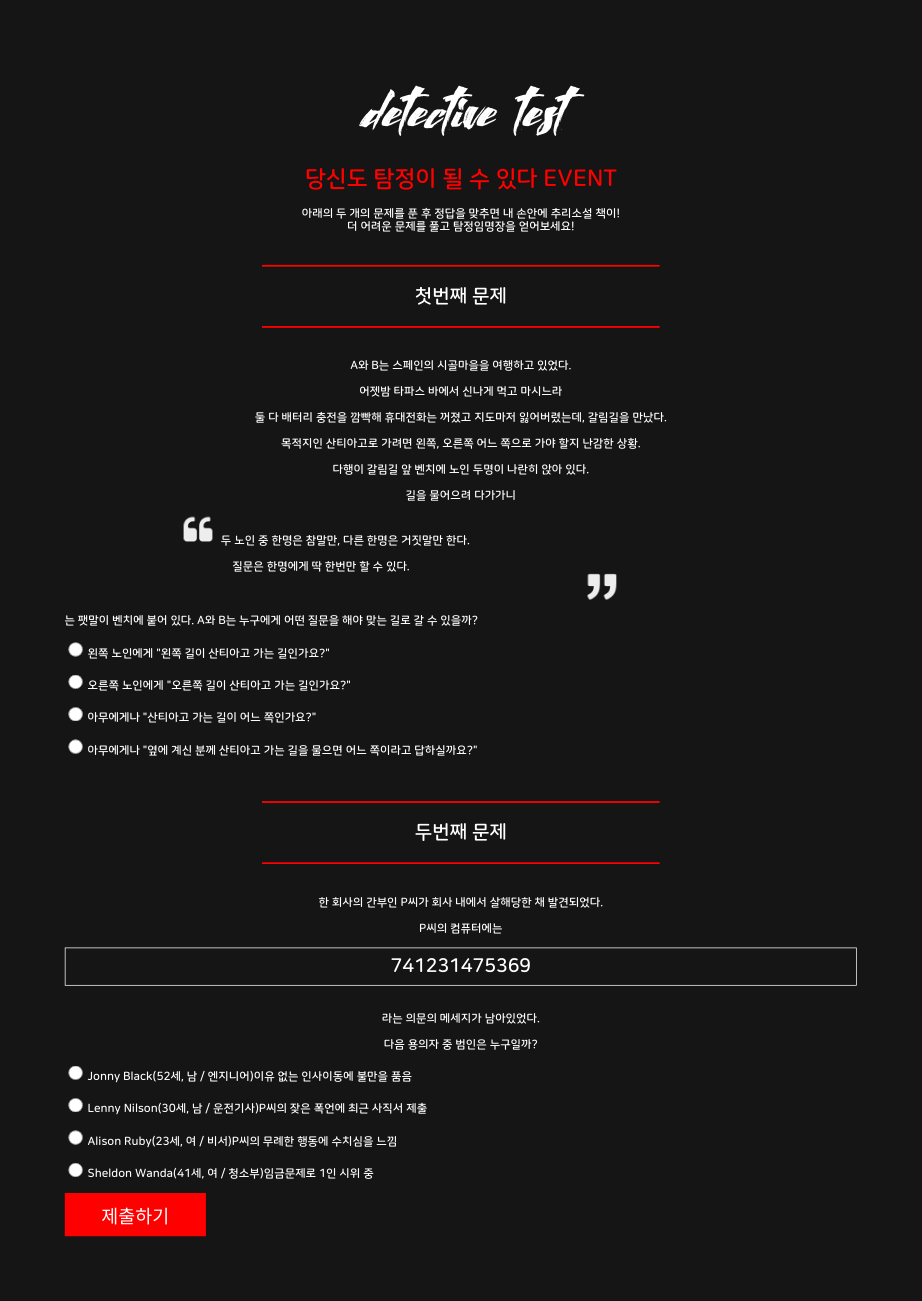
Repository: minkyung0421/Event_Project
Page: http://localhost/Event/quiz.jsp
The author's editor kept a copy of each file at every save. The page is drawn from the files as they stood at one save, then again after the next save.
The browser window is 1280 px wide. The pictures show the whole page, at 72% of full size.
The page is served by Tomcat 9.

Above is the page before, as saved 2018-09-04 07:42:43.

### Event_Project/Event/WebContent/quiz.jsp
<%@ page language="java" contentType="text/html; charset=UTF-8"
    pageEncoding="UTF-8"%>
<!DOCTYPE html PUBLIC "-//W3C//DTD HTML 4.01 Transitional//EN" "http://www.w3.org/TR/html4/loose.dtd">
<html>
<head>
<meta http-equiv="Content-Type" content="text/html; charset=UTF-8">
<title>EVENT</title>
<style>
@font-face{
	font-family: 'Calligraphy Personal Use'; src:url('font/Calligraphy Personal Use.ttf');
}
@font-face{font-family:'NANUMSQUAREROUNDL'; src:url('font/NANUMSQUAREROUNDL.TTF')}
@font-face{font-family:'NANUMSQUAREROUNDB'; src:url('font/NANUMSQUAREROUNDB.TTF')}

body{
	margin:7%;
	padding:0px;
	font-family:'NANUMSQUAREROUNDB';
	background-color: #151515;
	color: white;
}

button{
  background:red;
  color:#fff;
  border:none;
  position:relative;
  height:60px;
  font-size:1.6em;
  padding:0 2em;
  cursor:pointer;
  transition:800ms ease all;
  outline:none;
}
button:hover{
  background:#151515;
  color:white;
}
button:before,button:after{
  content:'';
  position:absolute;
  top:0;
  right:0;
  height:2px;
  width:0;
  background: red;
  transition:400ms ease all;
}
button:after{
  right:inherit;
  top:inherit;
  left:0;
  bottom:0;
}
button:hover:before,button:hover:after{
  width:100%;
  transition:800ms ease all;
}

</style>
</head>
<style>
</style>
<body>
<form action = "quiz_result.jsp" method="post">
<center><div style = "font-family: Calligraphy Personal Use; font-size: 90pt; margin-top:5%">detective test</div></center>

<center><h1 style = "color:red">당신도 탐정이 될 수 있다 EVENT</h1>
<div style = "color: white;">아래의 두 개의 문제를 푼 후 정답을 맞추면 내 손안에 추리소설 책이! <br>
더 어려운 문제를 풀고 탐정임명장을 얻어보세요!</div>
<br><br>
<hr color="red" style = "width: 50%">
<br>
<div style = "font-size: 20pt;">첫번째 문제</div>
<br>
<hr color="red" style = "width: 50%">
<br>
<br>
</center>
<center>
A와 B는 스페인의 시골마을을 여행하고 있었다. <br><br>
어젯밤 타파스 바에서 신나게 먹고 마시느라 <br><br> 둘 다 배터리 충전을 깜빡해
휴대전화는 꺼졌고 지도마저 잃어버렸는데, 갈림길을 만났다.<br><br>
목적지인 산티아고로 가려면 왼쪽, 오른쪽 어느 쪽으로 가야 할지 난감한 상황. <br><br>
다행이 갈림길 앞 벤치에 노인 두명이 나란히 앉아 있다. <br><br>길을 물어으려 다가가니<br><br> </center>
<div style = "margin-left:15%;"><img src ="img/quote-left.png" widt=40px height=40px>&nbsp;&nbsp;
두 노인 중 한명은 참말만, 다른 한명은 거짓말만 한다.<br><br>&nbsp;&nbsp;&nbsp;&nbsp;&nbsp;&nbsp;&nbsp;
&nbsp;&nbsp;&nbsp;&nbsp;&nbsp;&nbsp;&nbsp;&nbsp;&nbsp;질문은 한명에게 딱 한번만 할 수 있다.<br><img src ="img/right-quote-sign.png" widt=40px height=40px style = "margin-left:60%;"></div><br>
는 팻말이 벤치에 붙어 있다. A와 B는 누구에게 어떤 질문을 해야 맞는 길로 갈 수 있을까?<br><br>


	<label><input type = "radio" name = "quiz1" value = "1" style="width:20px;height:20px;"> 왼쪽 노인에게 "왼쪽 길이 산티아고 가는 길인가요?"</label><br><br>
	<label><input type = "radio" name = "quiz1" value = "2" style="width:20px;height:20px;"> 오른쪽 노인에게 "오른쪽 길이 산티아고 가는 길인가요?"</label><br><br>
	<label><input type = "radio" name = "quiz1" value = "3" style="width:20px;height:20px;"> 아무에게나 "산티아고 가는 길이 어느 쪽인가요?"</label><br><br>
	<label><input type = "radio" name = "quiz1" value = "4" style="width:20px;height:20px;"> 아무에게나 "옆에 계신 분께 산티아고 가는 길을 물으면 어느 쪽이라고 답하실까요?"</label><br><br>

<center>
<br><br>
<hr color="red" style = "width: 50%; ">
<br>
<div style = "font-size: 20pt;">두번째 문제</div>
<br>
<hr color="red" style = "width: 50%;">
<br>
<br>
한 회사의 간부인 P씨가 회사 내에서 살해당한 채 발견되었다.<br><br>
P씨의 컴퓨터에는<br><br>
 <div style="border:1px solid; padding:10px; font-size: 20pt"> 741231475369 </div><br><br>
 라는 의문의 메세지가 남아있었다.<br><br>
 다음 용의자 중 범인은 누구일까? <br><br>
 </center>
	<label><input type = "radio" name = "quiz2" value = "1" style="width:20px;height:20px;"> Jonny Black(52세, 남 / 엔지니어)이유 없는 인사이동에 불만을 품음</label><br><br>
	<label><input type = "radio" name = "quiz2" value = "2" style="width:20px;height:20px;"> Lenny Nilson(30세, 남 / 운전기사)P씨의 잦은 폭언에 최근 사직서 제출</label><br><br>
	<label><input type = "radio" name = "quiz2" value = "3" style="width:20px;height:20px;"> Alison Ruby(23세, 여 / 비서)P씨의 무례한 행동에 수치심을 느낌</label><br><br>
	<label><input type = "radio" name = "quiz2" value = "4" style="width:20px;height:20px;"> Sheldon Wanda(41세, 여 / 청소부)임금문제로 1인 시위 중</label><br><br>


	<button>제출하기</button>
</form>

</body>
</html>

After the next save:
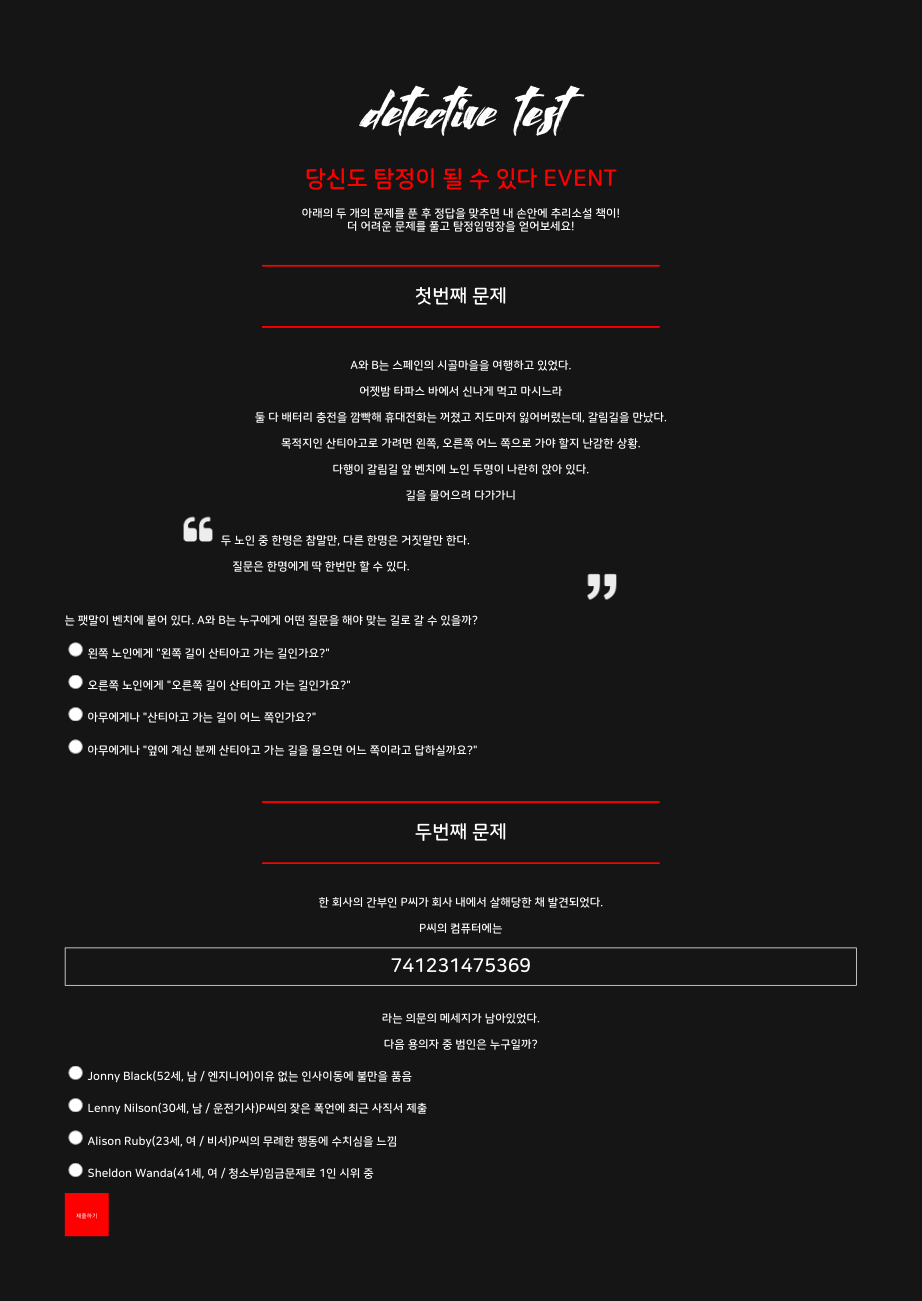
Saved 11 s later.
--- a/Event_Project/Event/WebContent/quiz.jsp
+++ b/Event_Project/Event/WebContent/quiz.jsp
@@ -26,7 +26,7 @@ button{
   border:none;
   position:relative;
   height:60px;
-  font-size:1.6em;
+  font-size:0.5em;
   padding:0 2em;
   cursor:pointer;
   transition:800ms ease all;
